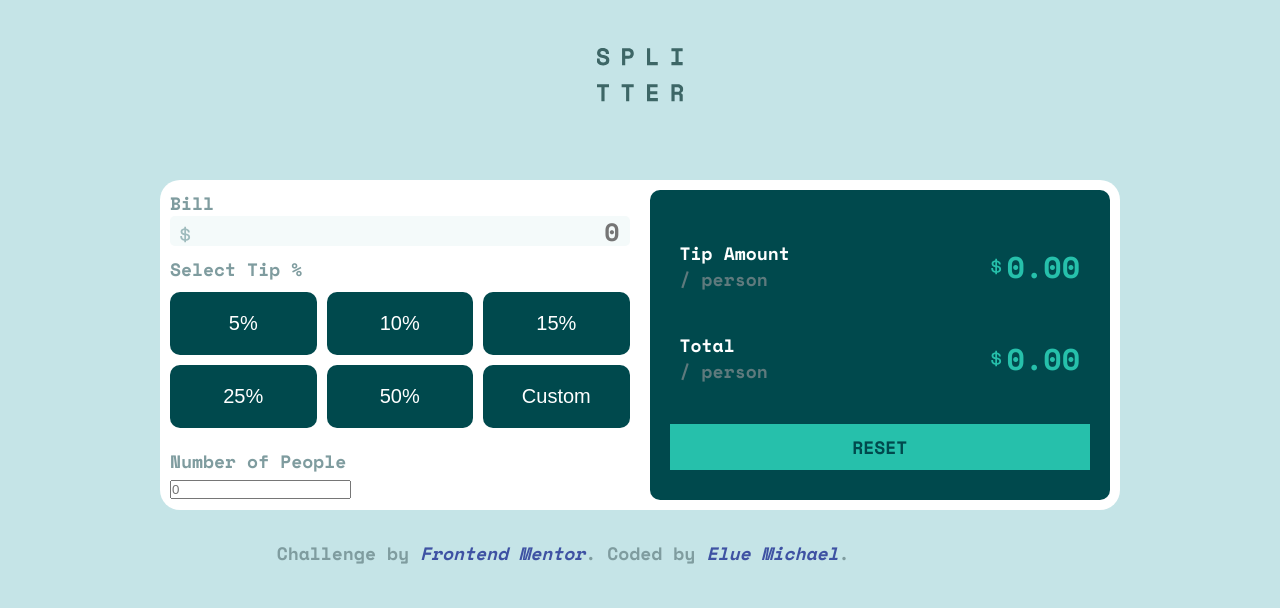
Repository: MeekyBerry/Frontend-Mentor-Challenges
Page: tip-calculator-app/index.html
An editor plug-in stored every save of this project. The page is shown before and after the next save, followed by the edit.
The browser window is 1280 px wide. The pictures show the whole page.

Above is the page before, as saved 2023-03-28 05:00:26.

### tip-calculator-app/index.html
<!DOCTYPE html>
<html lang="en">

<head>
  <meta charset="UTF-8">
  <meta name="viewport" content="width=device-width, initial-scale=1.0">
  <link rel="icon" type="image/png" sizes="32x32" href="./css/images/favicon-32x32.png">
  <title> Tip calculator app</title>
  <link rel="stylesheet" href="./css/style.css">
  <script src="./script.js" defer></script>
</head>

<body>
  <div class="heading-logo">
    <img src="./css/images/logo.svg" alt="Logo" class="logo">
  </div>

  <form id="form" class="background">
    <div class="first-container">
      <div class="bill-container">
        <label for="bill">Bill</label>
        <input type="number" id="bill" placeholder="0" class="bill-input">
      </div>

      <div class="tip">
        <div>Select Tip %</div>
        <div class="percent-container">
          <button type="button" class="percent five">5%</button>
          <button type="button" class="percent ten">10%</button>
          <button type="button" class="percent fiftheen">15%</button>
          <button type="button" class="percent twenty-five">25%</button>
          <button type="button" class="percent fifty">50%</button>
          <button type="button" class="percent custom" id="cst-btn">Custom</button>
        </div>
      </div <div>
        <div class="people-validate">
      <label for="number">Number of People</label>
      <span id="validate" class="people-zero">Can't be zero</span>
        </div>
      <div class="icon-box">
        <input type="number" id="people" class="people-input" placeholder="0">
      </div>
    </div>
    </div>

    <div class="second-container">
      <div class="amount">
        <p>Tip Amount <span class="person">/ person</span></p>
        <div class="digit">
          <svg xmlns="http://www.w3.org/2000/svg" width="11" height="17">
            <path fill="var(--Strong-cyan)"
              d="M6.016 16.328v-1.464c1.232-.08 2.22-.444 2.964-1.092.744-.648 1.116-1.508 1.116-2.58v-.144c0-.992-.348-1.772-1.044-2.34-.696-.568-1.708-.932-3.036-1.092V4.184c.56.144 1.012.4 1.356.768.344.368.516.816.516 1.344v.288h1.824v-.432c0-.448-.088-.876-.264-1.284a3.783 3.783 0 00-.744-1.116A4.251 4.251 0 007.54 2.9a5.324 5.324 0 00-1.524-.492V.872H4.288V2.36a5.532 5.532 0 00-1.416.324c-.448.168-.84.392-1.176.672-.336.28-.604.616-.804 1.008-.2.392-.3.844-.3 1.356v.144c0 .96.316 1.708.948 2.244.632.536 1.548.884 2.748 1.044v3.912c-.704-.16-1.248-.472-1.632-.936-.384-.464-.576-1.08-.576-1.848v-.288H.256v.576c0 .464.08.924.24 1.38.16.456.404.88.732 1.272.328.392.744.728 1.248 1.008s1.108.476 1.812.588v1.512h1.728zM4.288 7.424c-.688-.128-1.164-.332-1.428-.612-.264-.28-.396-.644-.396-1.092 0-.464.176-.832.528-1.104.352-.272.784-.448 1.296-.528v3.336zm1.728 5.712V9.344c.768.128 1.328.328 1.68.6.352.272.528.688.528 1.248 0 .544-.196.984-.588 1.32-.392.336-.932.544-1.62.624z" />
          </svg>
          <span id="tip-amount" class="amount-span">0.00</span>
        </div>
      </div>

      <div class="amount">
        <p>Total <span class="person">/ person</span></p>
        <div class="digit">
          <svg xmlns="http://www.w3.org/2000/svg" width="11" height="17">
            <path fill="var(--Strong-cyan)"
              d="M6.016 16.328v-1.464c1.232-.08 2.22-.444 2.964-1.092.744-.648 1.116-1.508 1.116-2.58v-.144c0-.992-.348-1.772-1.044-2.34-.696-.568-1.708-.932-3.036-1.092V4.184c.56.144 1.012.4 1.356.768.344.368.516.816.516 1.344v.288h1.824v-.432c0-.448-.088-.876-.264-1.284a3.783 3.783 0 00-.744-1.116A4.251 4.251 0 007.54 2.9a5.324 5.324 0 00-1.524-.492V.872H4.288V2.36a5.532 5.532 0 00-1.416.324c-.448.168-.84.392-1.176.672-.336.28-.604.616-.804 1.008-.2.392-.3.844-.3 1.356v.144c0 .96.316 1.708.948 2.244.632.536 1.548.884 2.748 1.044v3.912c-.704-.16-1.248-.472-1.632-.936-.384-.464-.576-1.08-.576-1.848v-.288H.256v.576c0 .464.08.924.24 1.38.16.456.404.88.732 1.272.328.392.744.728 1.248 1.008s1.108.476 1.812.588v1.512h1.728zM4.288 7.424c-.688-.128-1.164-.332-1.428-.612-.264-.28-.396-.644-.396-1.092 0-.464.176-.832.528-1.104.352-.272.784-.448 1.296-.528v3.336zm1.728 5.712V9.344c.768.128 1.328.328 1.68.6.352.272.528.688.528 1.248 0 .544-.196.984-.588 1.32-.392.336-.932.544-1.62.624z" />
          </svg>
          <span id="total-amount" class="amount-span">0.00</span>
        </div>
      </div>
      <div class="btn-wrapper">
        <button type="reset" id="reset" class="btn">Reset</button>
      </div>
    </div>
  </form>

  <div class="attribution">
    Challenge by <a href="https://www.frontendmentor.io?ref=challenge" target="_blank">Frontend Mentor</a>.
    Coded by <a href="https://www.frontendmentor.io/profile/MeekyBerry" target="_blank">Elue Michael</a>.
  </div>
</body>

</html>

### tip-calculator-app/css/style.css
@import url("https://fonts.googleapis.com/css2?family=Space+Mono:wght@400;700&display=swap");

:root {
  /* ### Primary */
  --Strong-cyan: hsl(172, 67%, 45%);
  /* ### Neutral */
  --Very-dark-cyan: hsl(183, 100%, 15%);
  --Dark-grayish-cyan: hsl(186, 14%, 43%);
  --Grayish-cyan: hsl(184, 14%, 56%);
  --Light-grayish-cyan: hsl(185, 41%, 84%);
  --Very-light-grayish-cyan: hsl(189, 41%, 97%);
  --White: hsl(0, 0%, 100%);
  --dark-blue: hsl(228, 45%, 44%);
}

html {
  font-size: 50%;
}

*,
::before,
::after {
  margin: 0;
  padding: 0;
  box-sizing: border-box;
}

body {
  font-size: 1.8rem;
  font-family: "Space Mono", sans-serif;
  font-weight: 700;
  background-color: var(--Light-grayish-cyan);
  color: var(--Grayish-cyan);
  height: 100%;
  width: 100%;
}

.heading-logo {
  height: 15rem;
  width: 100%;
  position: relative;
}

.logo {
  position: absolute;
  top: 50%;
  left: 50%;
  transform: translate(-50%, -50%);
}

.background {
  display: flex;
  flex-direction: column;
  justify-content: space-around;
  background-color: var(--White);
  height: 80rem;
  width: 90%;
  border-radius: 2rem;
  padding: 0 2rem;
  margin: 0 auto;
}

.people-validate {
  display: flex;
  justify-content: space-between;
  align-items: center;
}

.people-zero {
  color: red;
  font-size: 1.5rem;
  font-weight: 400;
  display: none;
}

label {
  display: block;
}

.bill-input {
  display: flex;
  justify-content: space-between;
  align-items: center;
  width: 100%;
  height: 3rem;
  border: none;
  border-radius: .5rem;
  font-size: 2.5rem;
  font-family: "Space Mono", sans-serif;
  font-weight: 700;
  text-align: end;
  background: url(../css/images/icon-dollar.svg) no-repeat var(--Very-light-grayish-cyan) 1rem 1rem;
  padding: 0 1rem 0 3rem;
}
/* .input-bar {
  width: 100%;
  height: 4rem;
  border: none;
  border-radius: .5rem;
  font-size: 2.5rem;
  font-family: "Space Mono", sans-serif;
  font-weight: 700;
  text-align: end;
  -webkit-border-radius: .5rem;
  -moz-border-radius: .5rem;
  -ms-border-radius: .5rem;
  -o-border-radius: .5rem;
}

.input-bar:focus {
  outline-color: var(--Strong-cyan);
}

.input-bar::placeholder {
  text-align: end;
} */

/* .bill-input__img {
  background: url(../css/images/icon-dollar.svg) no-repeat;
  background-size: 1rem;
  background-position: 1rem;
  padding: 0 1rem 0 3rem;
  background-color: var(--Very-light-grayish-cyan);
}

.people-input__img {
  background: url(../css/images/icon-person.svg) no-repeat;
  background-size: 1rem;
  background-position: 1rem;
  padding: 0 1rem 0 3rem;
  background-color: var(--Very-light-grayish-cyan);
} */

/* Remove Arrows/Spinners ON INPUT */
input::-webkit-outer-spin-button,
input::-webkit-inner-spin-button {
  -webkit-appearance: none;
}

/* Firefox */
input[type="number"] {
  -moz-appearance: textfield;
}

.error {
  border: 2px solid red;
}

.tip {
  padding: 1rem 0;
}

.percent-container {
  display: grid;
  grid-template-columns: repeat(2, 1fr);
  grid-template-rows: repeat(3, 1fr);
  grid-template-areas:
    "five ten"
    "fiftheen twentyFive"
    "fifty custom";
  gap: 1rem;
  padding: 1rem 0;
}

.percent {
  background-color: var(--Very-dark-cyan);
  color: var(--White);
  text-align: center;
  padding: 2rem;
  border-radius: 1rem;
  border: none;
  font-size: 2rem;
  width: 100%;
}

.percent:active {
  background-color: var(--Strong-cyan);
  color: var(--Very-dark-cyan);
  font-weight: 700;
}

.five {
  grid-area: five;
}

.ten {
  grid-area: ten;
}

.fiftheen {
  grid-area: fiftheen;
}

.twenty-five {
  grid-area: twentyFive;
}

.fifty {
  grid-area: fifty;
}

.custom {
  grid-area: custom;
}

.custom-input {
  background-color: var(--Very-light-grayish-cyan);
  color: var(--Very-dark-cyan);
  border: none;
  border-radius: 1rem;
  padding: 0 2rem;
  font-size: 2rem;
  font-weight: 700;
  text-align: end;
  width: 100%;
  height: 100%;
}

.custom-input:focus {
  outline-color: var(--Strong-cyan);
}

.second-container {
  background-color: var(--Very-dark-cyan);
  border-radius: 1rem;
  padding: 3rem 2rem;
}

.amount {
  display: flex;
  justify-content: space-between;
  padding: 2rem 1rem;
}

p {
  color: var(--White);
}

.person {
  display: block;
  font-size: 1.8rem;
  color: var(--Dark-grayish-cyan);
}

.digit {
  display: flex;
  align-items: center;
  justify-content: center;
  gap: .5rem;
}

.amount-span {
  font-size: 3rem;
  color: var(--Strong-cyan);
}

.btn {
  width: 100%;
  padding: 1rem;
  background-color: var(--Strong-cyan);
  color: var(--Very-dark-cyan);
  border: none;
  text-transform: uppercase;
  font-size: 1.8rem;
  font-weight: 700;
  font-family: "Space Mono", sans-serif;
}

.attribution {
  font-size: 1.8rem;
  text-align: center;
  width: 88%;
}

.attribution a {
  color: var(--dark-blue);
  text-decoration: none;
  font-style: italic;
}

@media only screen and (min-width: 1000px) {
  html {
    font-size: 62.5%;
  }

  .background {
    width: 75%;
    height: 75%;
    margin: 3rem auto;
    flex-direction: row;
    gap: 2rem;
    padding: 1rem;
  }

  .first-container {
    display: flex;
    flex-direction: column;
    justify-content: space-around;
    width: 50%;
  }

  .percent-container {
    grid-template-columns: repeat(3, 1fr);
    grid-template-rows: repeat(2, 1fr);
    grid-template-areas:
      "five ten fiftheen"
      "twentyFive fifty custom";
  }

  .second-container {
    display: flex;
    flex-direction: column;
    width: 50%;
  }

  .btn-wrapper {
    margin-top: auto;
  }
}

### tip-calculator-app/script.js
// 1. Get the bill amount from the input field
const billInput = document.getElementById('bill');
// 2. Get the tip percentage from the Button array
const tipButtons = document.querySelectorAll('.percent');
// 2.1. The percentage array contains a Custom button which toggles to input field when clicked
const customButton = document.querySelector('.custom');
// 2.2. Get the custom percentage from the input field
const customInput = document.createElement('input');
// Add style class to created customInput element
customInput.classList.add('custom-input');
// 3. Get the number of people from the input field
const peopleInput = document.getElementById('people')
// 4. Calculate the tip amount per person;
const tipAmountSpan = document.getElementById('tip-amount');
// 5. Calculate the total cost per person
const totalAmountSpan = document.getElementById('total-amount');
// 6. Display the tip amount per person
const resetButton = document.getElementById('reset');
const validatePeople = document.getElementById('validate');


let bill = 0;
let tipPercentage = 0;
let customPercentage = 0;
let people = 0;

let inputPeople = false;
let error = true;

// add input validation for bill and people fields
billInput.addEventListener('input', () => {
    bill = Number(billInput.value);
    calculateTip();
});

peopleInput.addEventListener('input', () => {
    if (peopleInput.value === '0') {
        peopleInput.classList.add('error');
        validatePeople.style.display = "block"
    }
    people = Number(peopleInput.value);
    calculateTip();
});

// add event listeners for tip buttons
tipButtons.forEach(button => {
    button.addEventListener('click', () => {
        if (button.classList.contains('custom')) {
            customInput.type = 'number';
            customInput.min = 1;
            customInput.value = '';
            customInput.classList.add('custom-input');
            button.parentNode.replaceChild(customInput, button);
            customInput.focus();
        } else {
            tipPercentage = Number(button.textContent.replace('%', ''));
            calculateTip();
        }
    });
});

// add event listener for custom input
customInput.addEventListener('input', () => {
    customPercentage = Number(customInput.value);
    calculateTip();
});

// add event listener for reset button
resetButton.addEventListener('click', () => {
    billInput.value = '';
    peopleInput.value = '';
    tipAmountSpan.textContent = '0.00';
    totalAmountSpan.textContent = '0.00';
    bill = 0;
    tipPercentage = 0;
    customPercentage = 0
    people = 0;
    customInput.parentNode.replaceChild(customButton, customInput);
});

// calculate tip and total amount
const calculateTip = () => {
    if (people > 0) {
        inputPeople = true;
        let tip = (bill * (tipPercentage + customPercentage)) / 100;
        let total = bill + tip;
        let tipPerPerson = tip / people;
        let totalPerPerson = total / people;
        tipAmountSpan.textContent = `${tipPerPerson.toFixed(2)}`;
        totalAmountSpan.textContent = `${totalPerPerson.toFixed(2)}`;
    }
};







// const BILL = document.querySelector('.bill-input');
// const TIP_PERCENT = document.querySelectorAll('.percent');
// const PEOPLE = document.querySelector('.number-input');
// const TOTAL_BILL = document.getElementById('total');
// const TIP_AMOUNT = document.getElementById('tip-amount');
// const CUSTOM = document.querySelector('.custom');
// const CUSTOM_BUTTON = document.getElementById('cst-btn')
// const CUSTOM_INPUT = document.getElementById('cst-input')
// const RESET = document.getElementById('reset');

// let billValue;
// let person;
// let customValue;
// let custom = 0;

// let myArray = [5, 10, 15, 25, 50, custom];
// let tipAmount = 0;

// let error = true;
// let inputPeople = false;

// const calculateHandler = () => {
//     if (inputPeople) {
//         let amount = (billValue + tipAmount) / person;
//         TOTAL_BILL.textContent = `${amount.toFixed(2)}`;
//     }
// };

// BILL.addEventListener('change', () => {
//     error = !error;
//     billValue = parseFloat(BILL.value);
//     TIP_PERCENT.forEach((el, idx) => {
//         let percent = myArray[idx];
//         el.addEventListener('click', (e) => {
//             let target = e.target;
//             if (target.classList.contains('percent')) {
//                 let percent = parseFloat(target.textContent);
//                 if (isNaN(percent)) {
//                     percent = customValue;
//                 } else {
//                     customValue = 0;
//                 }
//                 // if (CUSTOM.firstElementChild === CUSTOM_INPUT && idx === 5) {
//                 //     CUSTOM_INPUT.addEventListener('change', () => {
//                 //         customValue = parseFloat(CUSTOM_INPUT.value);
//                 //         tipAmount = CUSTOM_INPUT.value * (percent / 100);
//                 //         TIP_AMOUNT.textContent = `${tipAmount.toFixed(2)}`;
//                 //         calculateHandler();
//                 //     })
//                 // }
//                 tipAmount = billValue * (percent / 100);
//                 TIP_AMOUNT.textContent = `${tipAmount.toFixed(2)}`;
//                 calculateHandler();
//             }
//         });
//     });
// });


//     // billValue = +BILL.value;
//     // TIP_PERCENT.forEach((el, idx) => {
//     //     let percent = myArray[idx];
//     //     el.addEventListener('click', () => {
//     //         if (CUSTOM.firstElementChild === CUSTOM_INPUT && idx === 5) {
//     //             CUSTOM_INPUT.addEventListener('change', () => {
//     //                 customValue = +CUSTOM_INPUT.value;
//     //                 tipAmount = CUSTOM_INPUT.value * (+percent / 100);
//     //                 TIP_AMOUNT.textContent = `${tipAmount.toFixed(2)}`;
//     //                 calculateHandler();
//     //             })
//     //         }
//     //         tipAmount = BILL.value * (+percent / 100);
//     //         TIP_AMOUNT.textContent = `${tipAmount}`;
//     //         calculateHandler();
//     //     });
//     // });

// // TIP_PERCENT.addEventListener('click', (e) => {
// //     let target = e.target;
// //     if (target.classList.contains('percent')) {
// //       let percent = parseFloat(target.textContent);
// //       if (isNaN(percent)) {
// //         percent = customValue;
// //       } else {
// //         customValue = 0;
// //       }
// //       tipAmount = billValue * (percent / 100);
// //       TIP_AMOUNT.textContent = `${tipAmount.toFixed(2)}`;
// //       calculateHandler();
// //     }
// //   });


// PEOPLE.addEventListener('input', () => {
//     // inputPeople = !inputPeople;
//     // person = +PEOPLE.value;
//     // if (!error) {
//     //     calculateHandler();
//     // }
//  inputPeople = true;
//   person = parseFloat(PEOPLE.value);
//   if (!error && person > 0) {
//     calculateHandler();
//   } else {
//     TOTAL_BILL.textContent = '0.00';
//   }
// });

// CUSTOM.addEventListener('click', () => {
//     // if (CUSTOM.firstElementChild === CUSTOM_BUTTON) {
//     //     CUSTOM.innerHTML = `<input type="number" id="cst-input" class="percent cst" />`
//     // }
//     if (CUSTOM.firstElementChild === CUSTOM_BUTTON) {
//         // CUSTOM.innerHTML = `<input type="number" id="cst-input" class="percent cst" />`
//         CUSTOM.innerHTML = `<input type="number" class="percent cst" />`;
//         CUSTOM_INPUT.addEventListener('change', () => {
//           customValue = parseFloat(CUSTOM_INPUT.value);
//           TIP_PERCENT.lastElementChild.textContent = `${customValue}%`;
//           tipAmount = billValue * (customValue / 100);
//           TIP_AMOUNT.textContent = `${tipAmount.toFixed(2)}`;
//           calculateHandler();

//         });
//       }
// })

// RESET.addEventListener('click', () => {
//     // BILL.value = '';
//     // PEOPLE.value = '';
//     // TIP_AMOUNT.textContent = '0.00';
//     // TOTAL_BILL.textContent = '0.00';
//     CUSTOM.innerHTML = `<button id="cst-btn" class="percent cst">Custom</button>`;
//     BILL.value = '';
//     PEOPLE.value = '';
//     TIP_AMOUNT.textContent = '0.00';
//     TOTAL_BILL.textContent = '0.00';
//     inputPeople = false;
//     customValue = 0;
//     tipAmount = 0;
// });

After the next save:
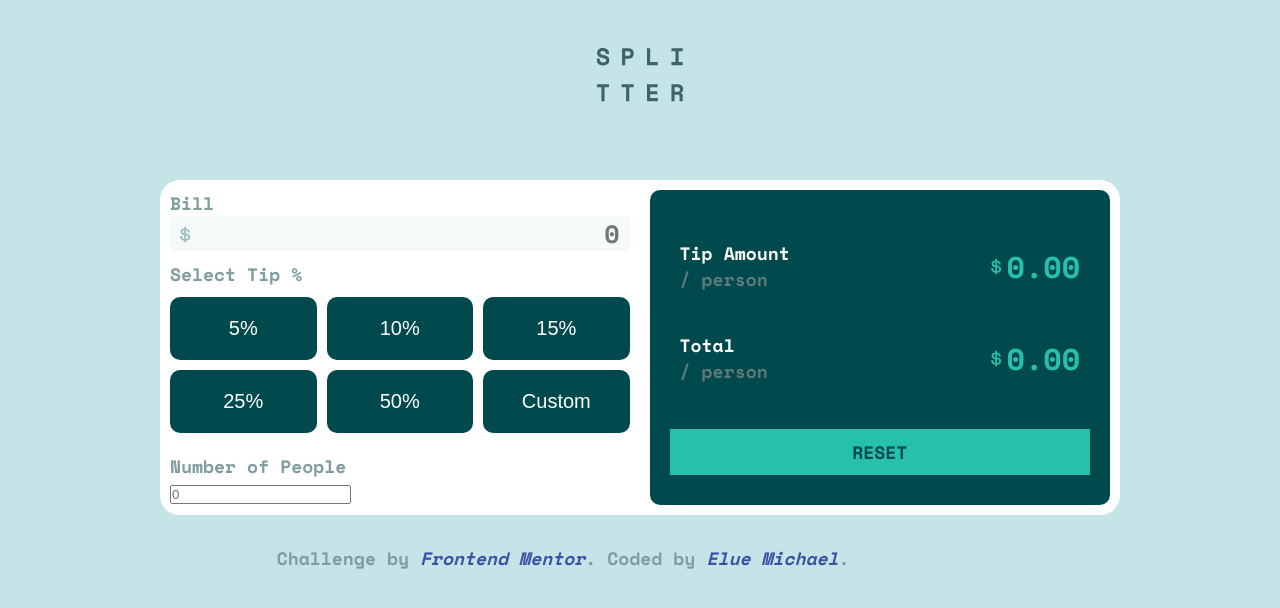
Saved 18 s later.
--- a/tip-calculator-app/css/style.css
+++ b/tip-calculator-app/css/style.css
@@ -82,7 +82,7 @@ label {
   justify-content: space-between;
   align-items: center;
   width: 100%;
-  height: 3rem;
+  height: 3.5rem;
   border: none;
   border-radius: .5rem;
   font-size: 2.5rem;
